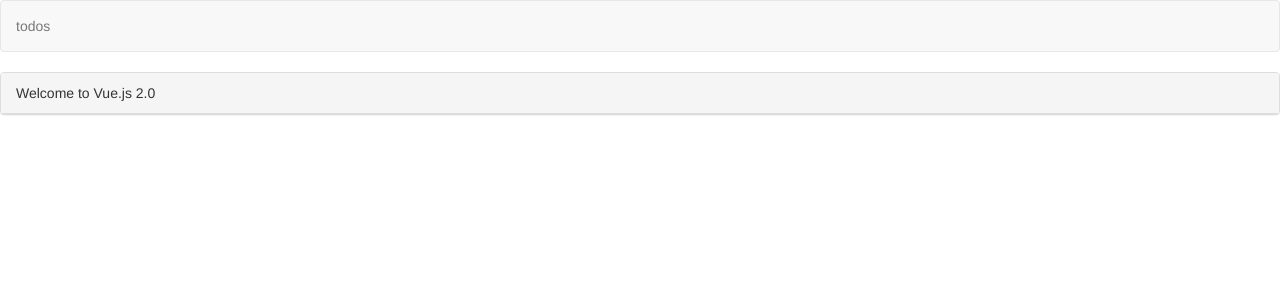
Repository: myr1111/todo
Page: Todoapp/index.html
An editor plug-in stored every save of this project. The page is shown before and after a run of saves, followed by the edit.
The browser window is 1280 px wide. The pictures show the whole page.

Above is the page before, as saved 2019-04-01 08:07:06.

After the next 4 saves:
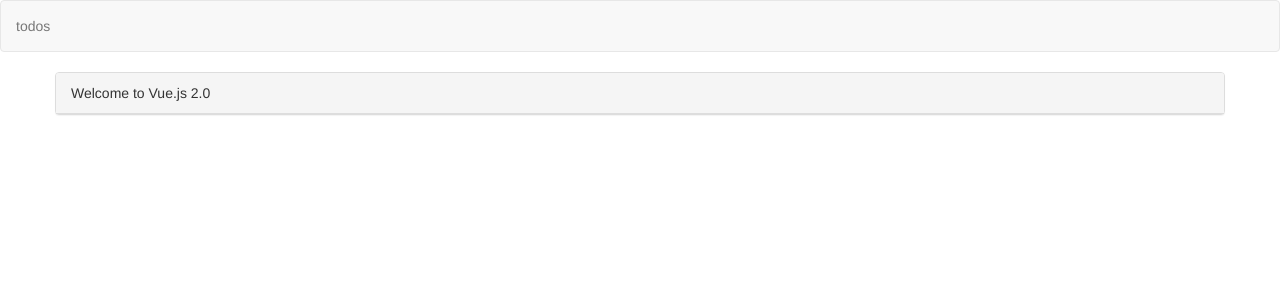
The 4 saves are shown as one change because they came seconds apart.
The last was saved 12 s later.
--- a/Todoapp/index.html
+++ b/Todoapp/index.html
@@ -13,10 +13,12 @@
         <p class="navbar-text">todos</p>
     </nav>
     <div class="container">
+        <div class="row">
+            <div class="panel panel-default">
+                <div class=" panel-heading">Welcome to Vue.js 2.0</div>
+            </div>
+        </div>
+    </div>
 
-    </div>
-    <div class="panel panel-default">
-        <div class=" panel-heading">Welcome to Vue.js 2.0</div>
-    </div>
 </body>
 </html>
